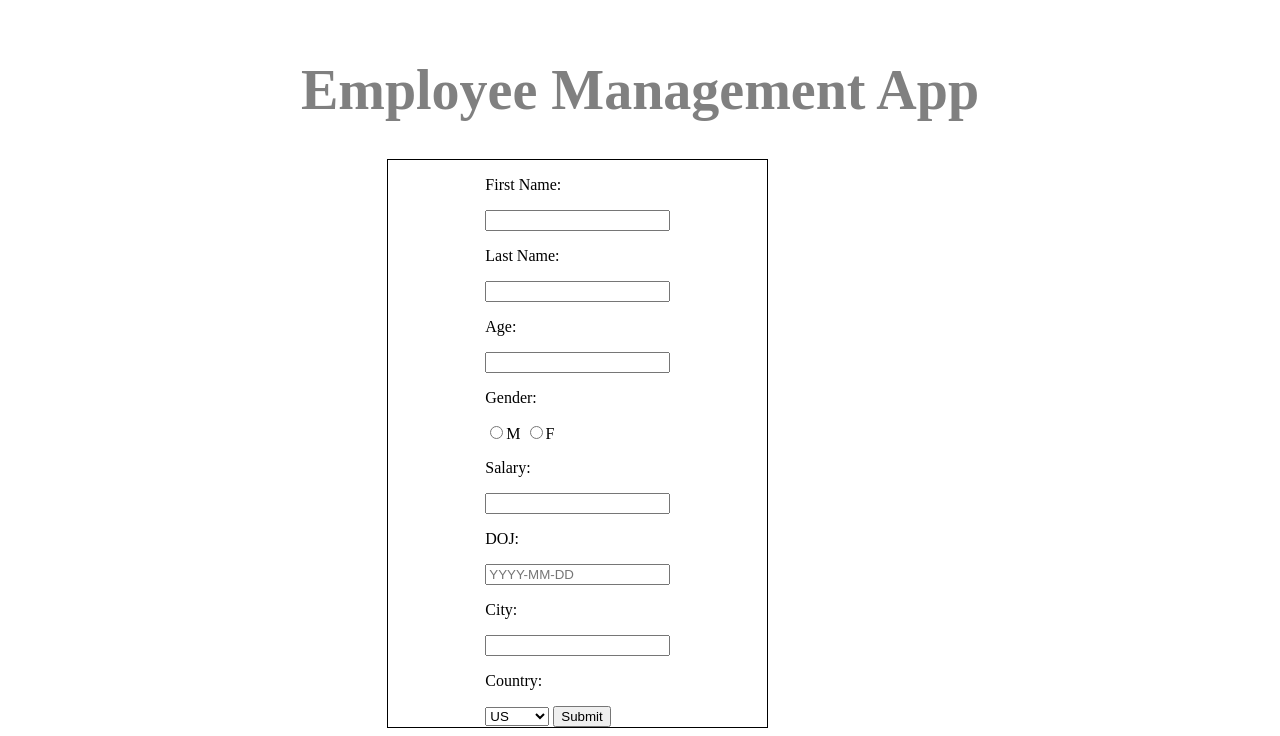
Repository: SaumyaGuptaTechnokrat/Employee_management
Page: http://localhost/Employee/index.jsp
These files come from the project's save history. The page is drawn as it stood at one moment and after the next save; the edit follows.
The browser window is 1280 px wide. The pictures show the whole page.
The page is served by Tomcat 9.

Above is the page before, as saved 2023-02-10 17:31:01.

After the next save:
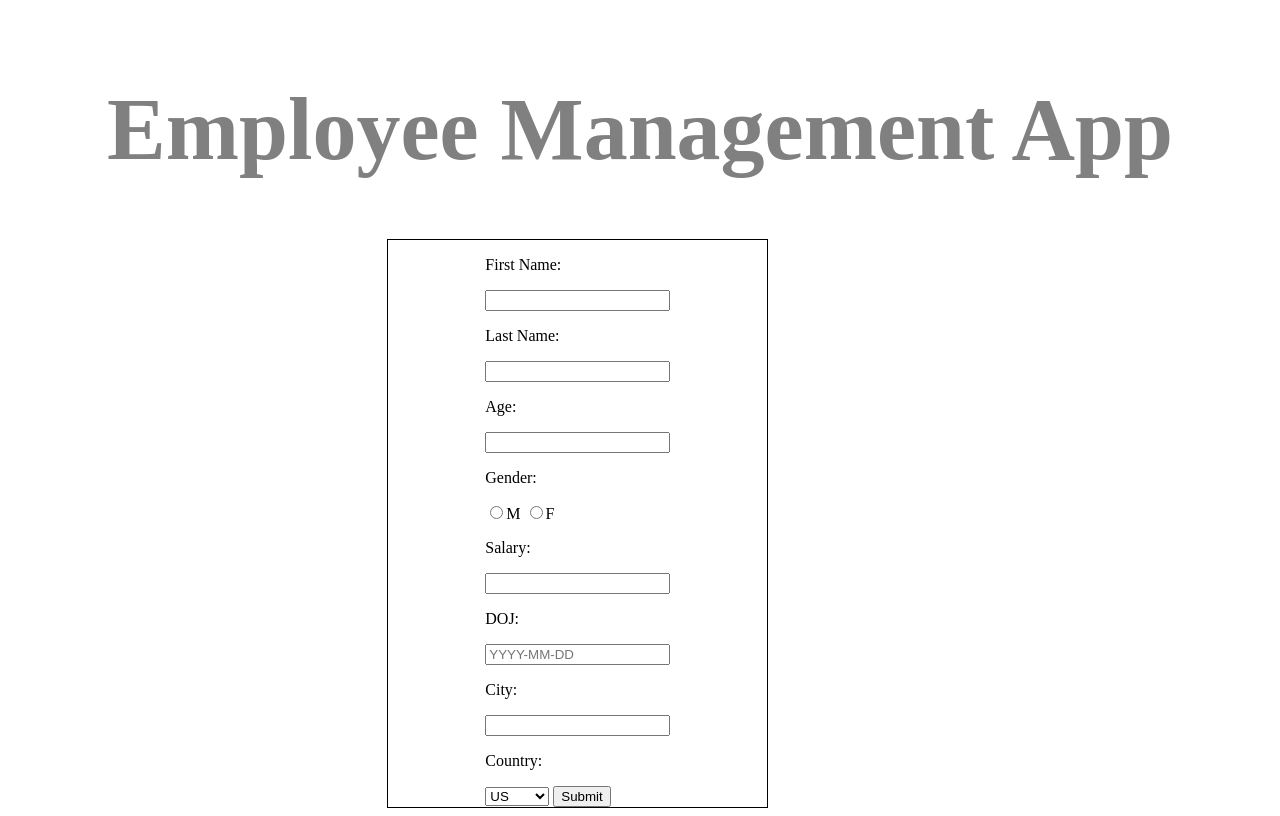
Saved 9 s later.
--- a/Employee/src/main/webapp/index.jsp
+++ b/Employee/src/main/webapp/index.jsp
@@ -8,7 +8,7 @@
 
 </head>
 <body>
-<h1 style="text-align:center;padding-top:20px;color:gray;font-size:350%;">Employee Management App</h1>
+<h1 style="text-align:center;padding-top:20px;color:gray;font-size:550%;">Employee Management App</h1>
 <div style="margin:0% 30%;width:30%;border:1px black solid;display:grid;justify-content:center">
 <form action="addRecord.jsp" method="post" >
 
